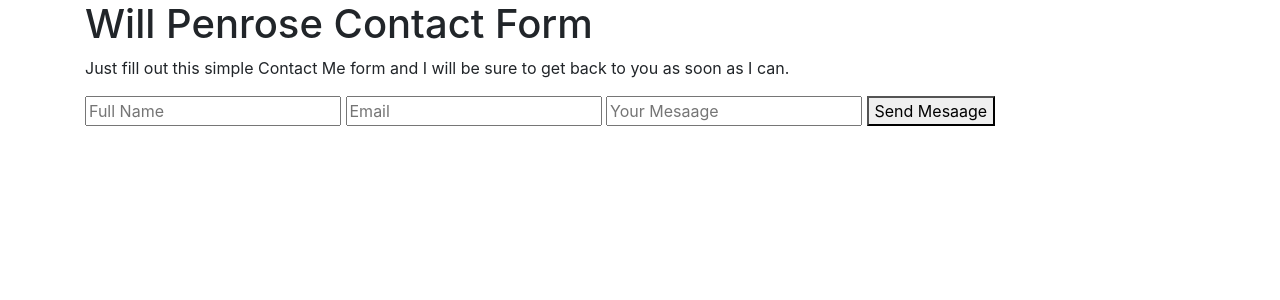
Repository: Code-Institute-Submissions/user-centric-frontend-dev-milestone-project
Page: contact.html
The author's editor kept a record of every edit. The page is drawn from the files as they stood at one moment, then again after the next edit.
The browser window is 1280 px wide. The pictures show the whole page.
Some web fonts or font styles are not loaded; a fallback is used.

Above is the page before.

### contact.html
<!DOCTYPE html>
<html lang="en">
<head>
    <meta charset="UTF-8">
    <meta name="viewport" content="width=device-width, initial-scale=1.0">
    <meta http-equiv="X-UA-Compatible" content="ie=edge">
    <link rel="stylesheet" href="style.css" type="text/css" />
    <link rel="stylesheet" href="https://stackpath.bootstrapcdn.com/bootstrap/4.3.1/css/bootstrap.min.css" type="text/css" />
    <title>Will Penrose Contact Form</title>
</head>
<body>
    <div class="container">
        <div class="row">
            <div class="col">
                <h1>Will Penrose Contact Form</h1>
                <p>
                    Just fill out this simple Contact Me form and I will be sure to get back to you as soon as I can.
                </p>
            </div>
        </div>
    </div>
    <div class="container contact-form">
        <div class="row">
            <div class="col-12">
                <form>
                    <input type="text" name="Name" placeholder="Full Name"/>
                    <input type="text" name="Email" placeholder="Email"/>
                    <input type="textarea" name="Mesaage" placeholder="Your Mesaage"/>
                    <button name="Send" type="submit">Send Mesaage</button>
                </form>
            </div>
        </div>
    </div>
</body>
</html>

### assets/css/style.css
@import url('https://fonts.googleapis.com/css?family=Odibee+Sans&display=swap:100,200,300,400,500,600,700|PT Sans Narrow:100,200,300,400,500,600,700');

/*---------------------------Navbar*/

.navbar {
    font-family: "Odibee Sans", sans-serif;
    font-size: 20px;
    letter-spacing: 1px;
    font-weight: 600;
}

/*---------------------------General*/

.inline-block {
    display: inline-block;
}

/*---------------------------Heading*/
.heading {
    text-align: center;
    margin: 0;
    padding-top: 100px;
}

img {
    width: 100%;
    height: 100%;
}

/*----------------------Text*/

.home-paragraphs {
    height: 100%;
}

/*----------------------Media Quires*/

@media (max-width: 992px) {
    .home-paragraphs {
        padding-top: 20px;
    }
}

/*----------------------Contact Form*/

.contact-title {
    text-align: center;
}

/*----------------------Footer and Socials*/

footer {
    background-color: #343a40;
    color: rgba(255, 255, 255, 0.5);
    margin-top: 10px
}

.footer-section {
    padding-top: 10px;
    text-align: center;
}

After the next edit:
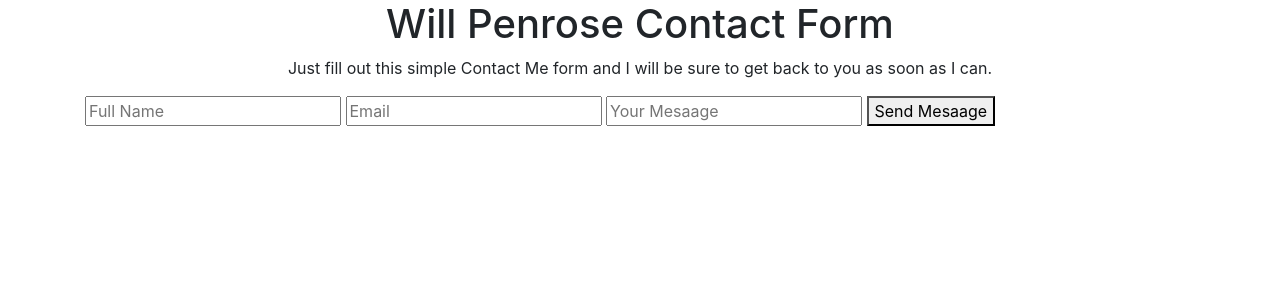
The edit:
--- a/contact.html
+++ b/contact.html
@@ -11,7 +11,7 @@
 <body>
     <div class="container">
         <div class="row">
-            <div class="col">
+            <div class="col contact-title">
                 <h1>Will Penrose Contact Form</h1>
                 <p>
                     Just fill out this simple Contact Me form and I will be sure to get back to you as soon as I can.
